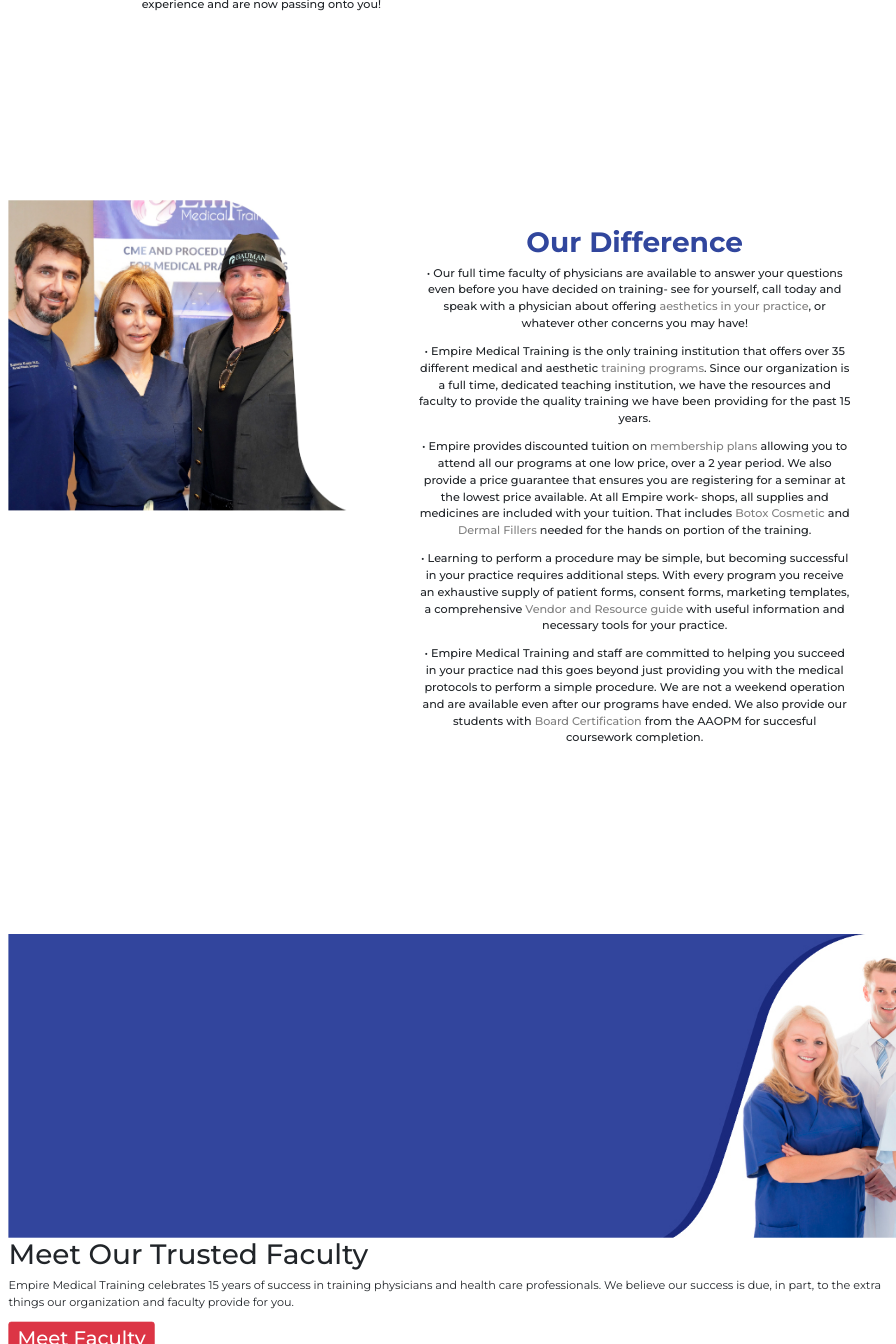
Repository: jorgi710/BODY-CONTOURING-INJECTABLES-AND-ADJUNCT-PROCEDURES
Page: our quarantee/file/src/index.html
These files come from the project's save history. The page is drawn as it stood at one moment and after the next save; the edit follows.
The browser window is 1280 px wide. The pictures show the part of the page from y = 1033 to 2953 px (the page is 6934 px tall before and 6862 px after), at 70% of full size.

Above is the page before, as saved 2021-04-06 08:20:29.

After the next save:
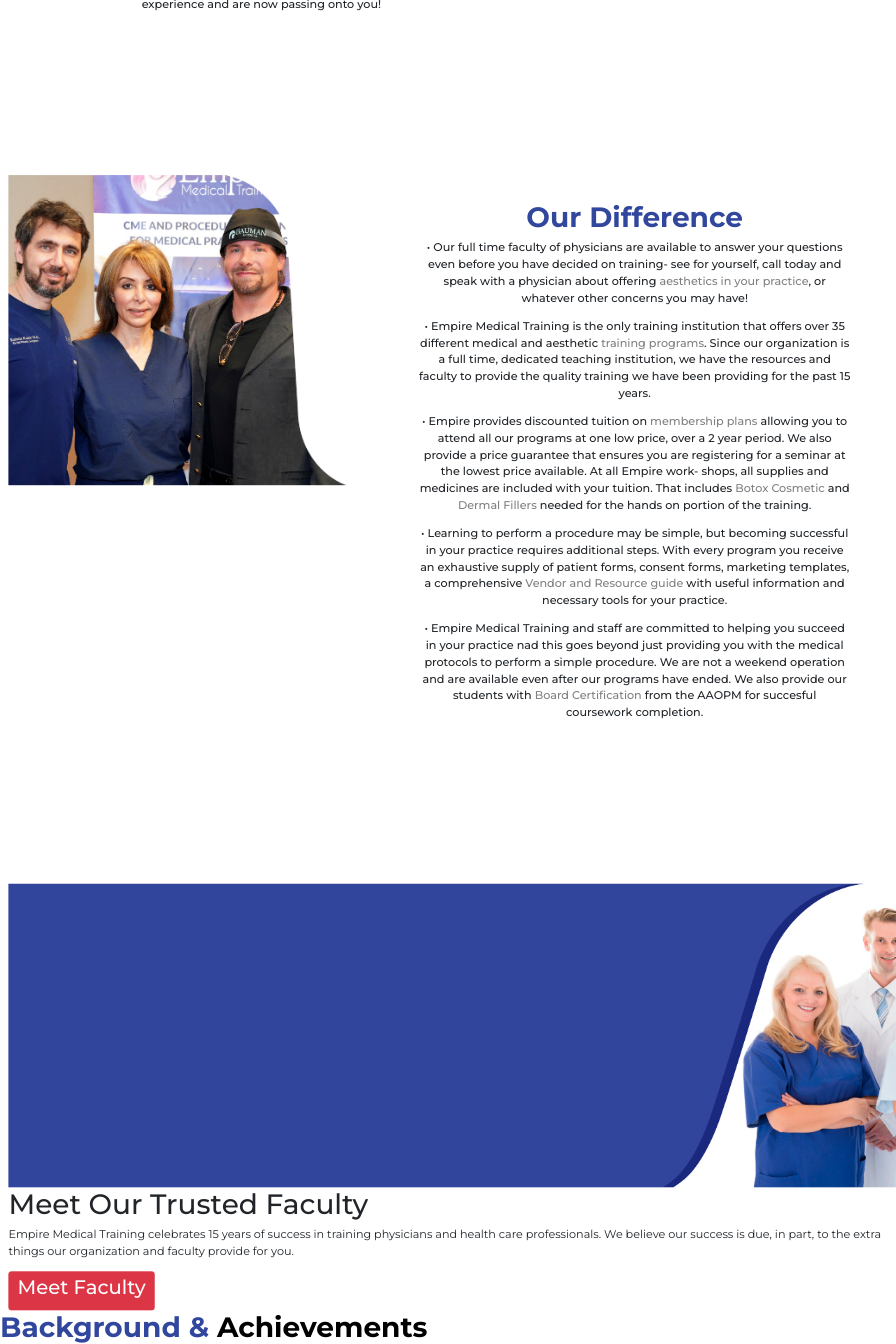
Saved 13 s later.
--- a/our quarantee/file/css/style.css
+++ b/our quarantee/file/css/style.css
@@ -40,7 +40,7 @@
 }
 .section_1 .row .col-md-7 {
   padding: 5vmin 9vmin;
-  padding-bottom: 35vmin;
+  padding-bottom: 30vmin;
 }
 .section_1 .row .col-md-5 img {
   width: 100%;
